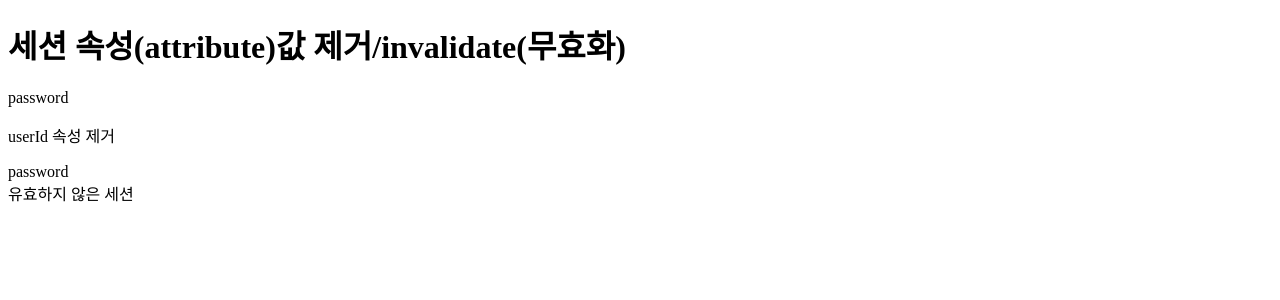
Repository: dnwpdud/WEB_CODES
Page: http://localhost/Web06_JSP_Servlet/ch17/sessionlnvalidate.jsp
The author's editor kept a copy of each file at every save. The page is drawn from the files as they stood at one save, then again after the next save.
The browser window is 1280 px wide. The pictures show the whole page.
The page is served by Tomcat 9. Other server files are loaded and not shown.

Above is the page before, as saved 2024-04-02 07:01:27.

### Web06_JSP_Servlet/src/main/webapp/ch17/sessionlnvalidate.jsp
<%@page import="java.util.Enumeration"%>
<%@ page language="java" contentType="text/html; charset=UTF-8"
    pageEncoding="UTF-8"%>
<!DOCTYPE html>
<html>
<head>
<meta charset="UTF-8">
<title>Invalidate</title>
</head>
<body>
	<h1>세션 속성(attribute)값 제거/invalidate(무효화)</h1>
	<%
		// 세션 attribute에 데이터 저장
		session.setAttribute("password", 123);

		// 세션 attribute 출력
		Enumeration<String> attrNames = session.getAttributeNames();
		while(attrNames.hasMoreElements()){
			String name = attrNames.nextElement();
			out.println(name + "<br>");
		}
		// 속성 제거
		out.println("<p>userId 속성 제거</p>");
		session.removeAttribute("userId");

		attrNames = session.getAttributeNames();
		while(attrNames.hasMoreElements()){
			String name = attrNames.nextElement();
			out.println(name + "<br>");
		}

		session.invalidate();// 세션 무효화 : 모든 세션 속성을 제거
		// 유효하지 않은 세션 : 세션 속성이 아무것도 없거나 세션이 invalidate된 경우

		// 현재 세션이 유효(valid)한 지 체크
		if(request.isRequestedSessionIdValid()){
			out.println("유효한 세션<br>");
		} else {
			out.println("유효하지 않은 세션<br>");
		}
	%>

</body>
</html>

After the next save:
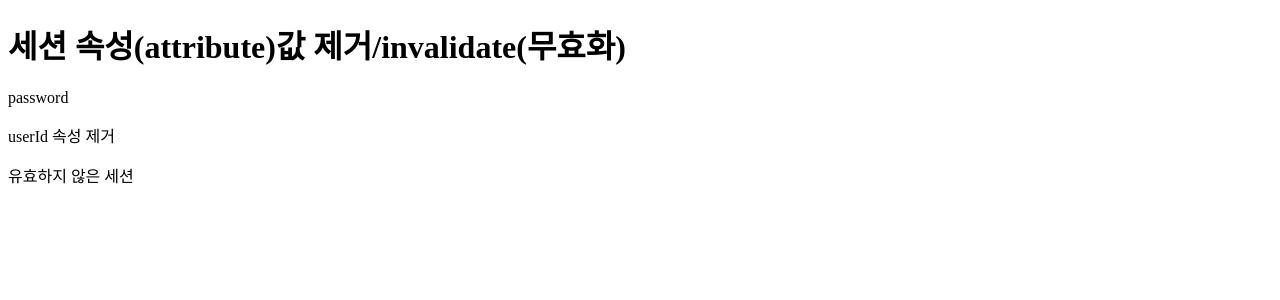
Saved 81 s later.
--- a/Web06_JSP_Servlet/src/main/webapp/ch17/sessionlnvalidate.jsp
+++ b/Web06_JSP_Servlet/src/main/webapp/ch17/sessionlnvalidate.jsp
@@ -23,11 +23,7 @@
 		out.println("<p>userId 속성 제거</p>");
 		session.removeAttribute("userId");
 
-		attrNames = session.getAttributeNames();
-		while(attrNames.hasMoreElements()){
-			String name = attrNames.nextElement();
-			out.println(name + "<br>");
-		}
+
 
 		session.invalidate();// 세션 무효화 : 모든 세션 속성을 제거
 		// 유효하지 않은 세션 : 세션 속성이 아무것도 없거나 세션이 invalidate된 경우

After the save that followed:
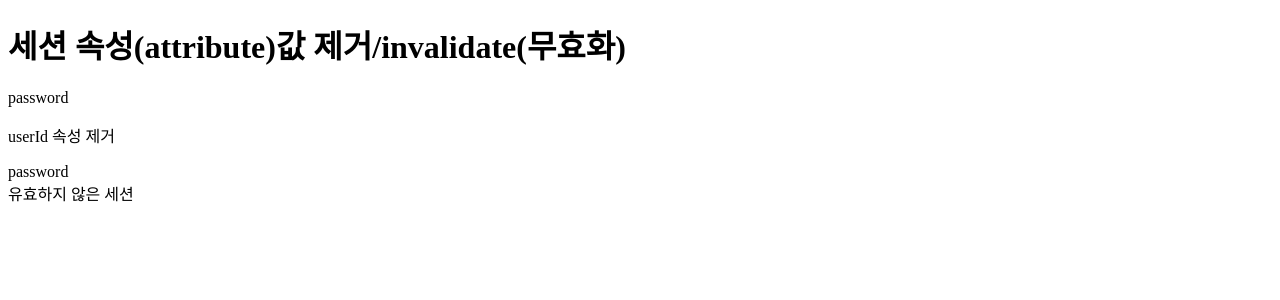
Saved 32 s later.
--- a/Web06_JSP_Servlet/src/main/webapp/ch17/sessionlnvalidate.jsp
+++ b/Web06_JSP_Servlet/src/main/webapp/ch17/sessionlnvalidate.jsp
@@ -23,7 +23,11 @@
 		out.println("<p>userId 속성 제거</p>");
 		session.removeAttribute("userId");
 
-
+		attrNames = session.getAttributeNames();
+		while(attrNames.hasMoreElements()){
+			String name = attrNames.nextElement();
+			out.println(name + "<br>");
+		}
 
 		session.invalidate();// 세션 무효화 : 모든 세션 속성을 제거
 		// 유효하지 않은 세션 : 세션 속성이 아무것도 없거나 세션이 invalidate된 경우
